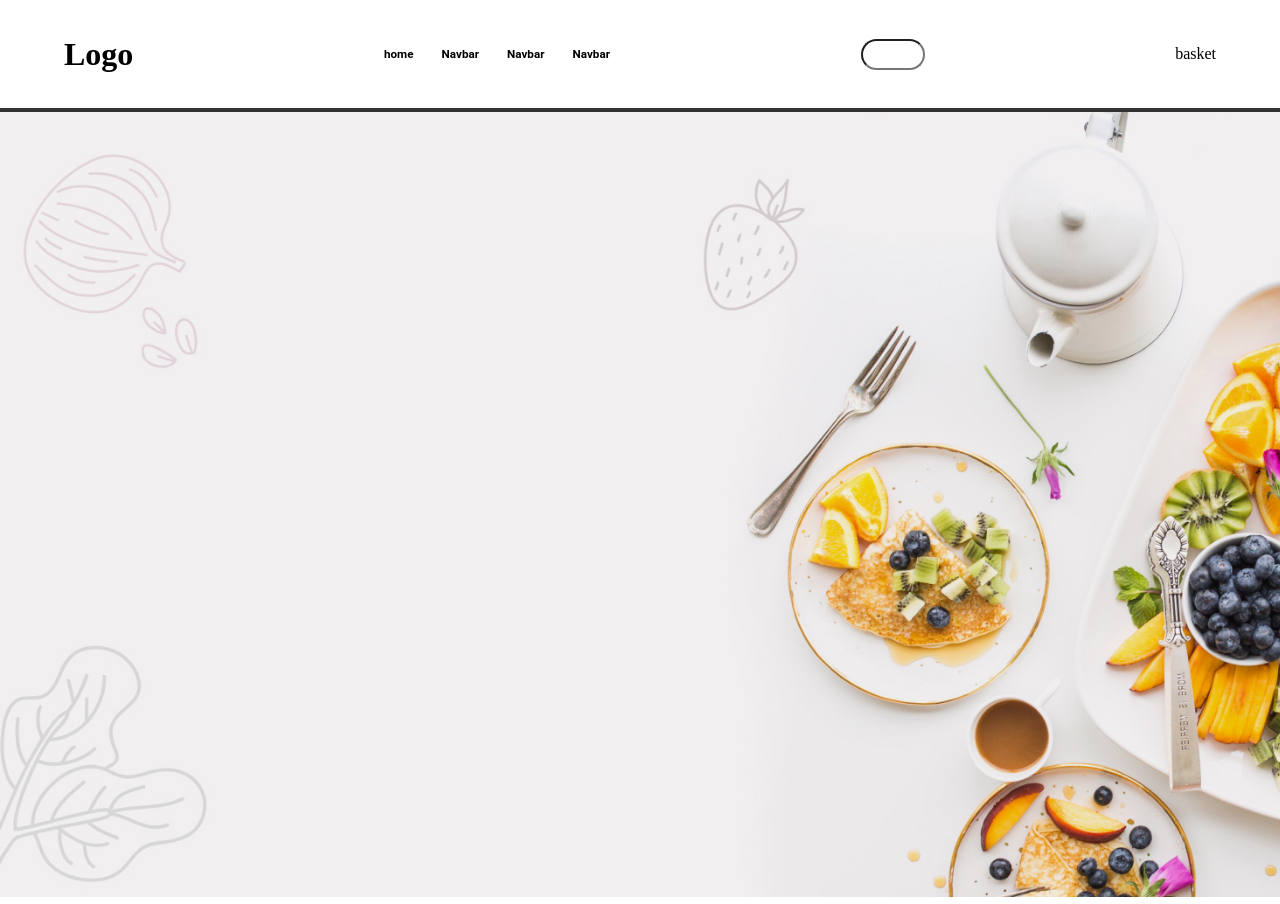
Repository: Islam432/Islam-and-Arsi---team
Page: /
These files come from the project's save history. The page is drawn as it stood at one moment and after the next save; the edit follows.
The browser window is 1280 px wide. The pictures show the whole page.
The project was rebuilt for these pictures with package versions that can differ from the ones it lists, and the page was loaded fresh each time. Also part of the build but not shown: vite.config.js, src/App.css, src/components/Comp/Comp.jsx.

Above is the page before, as saved 2023-03-11 23:45:08.

After the next save:
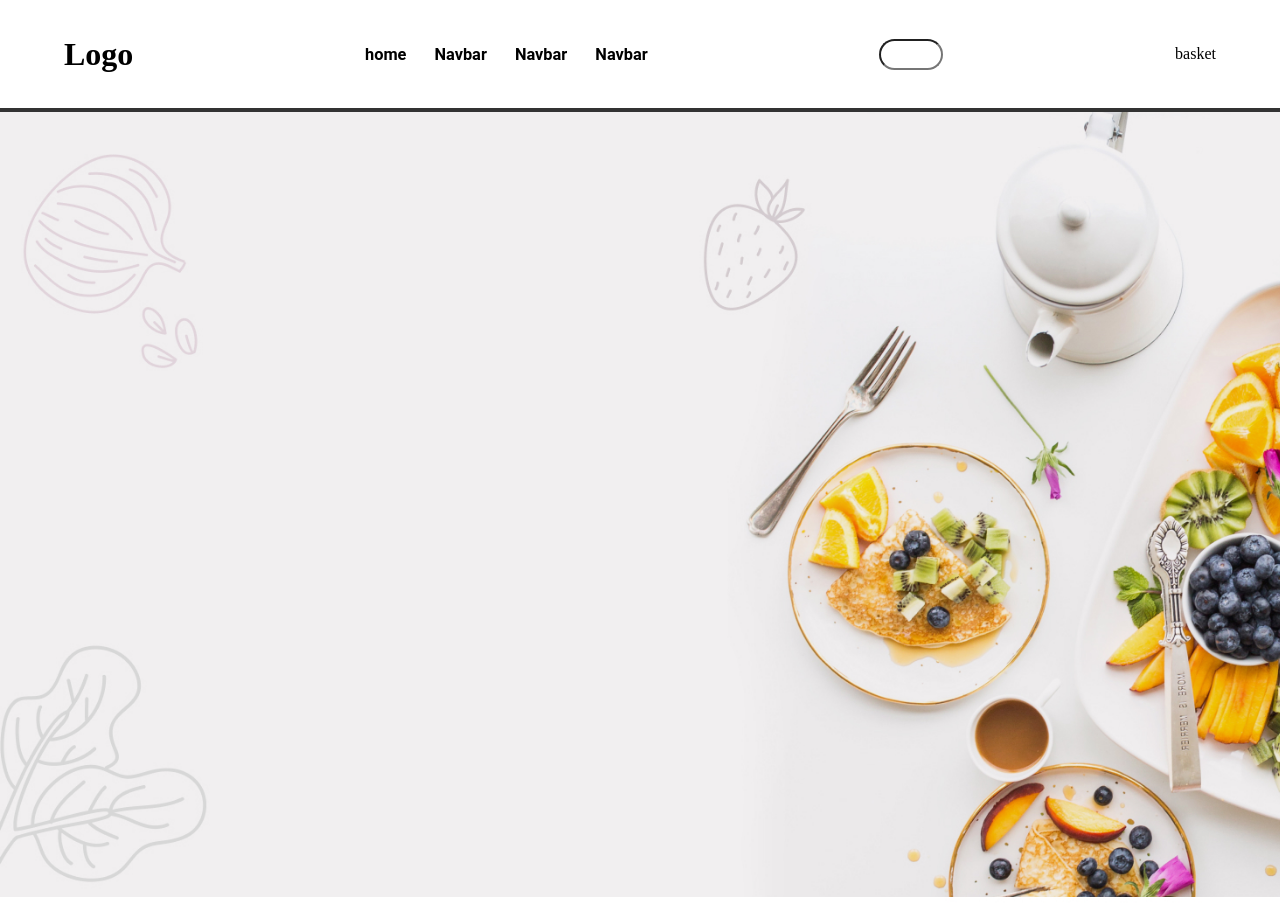
Saved 9 s later.
--- a/src/components/Navbar/Navbar.module.css
+++ b/src/components/Navbar/Navbar.module.css
@@ -24,7 +24,7 @@ border-bottom: 4px solid #333;
 
   font-family: Roboto;
   font-style: Bold;
-  font-size: 10px;
+  font-size: 14px;
 
 }
 .NavLink{
